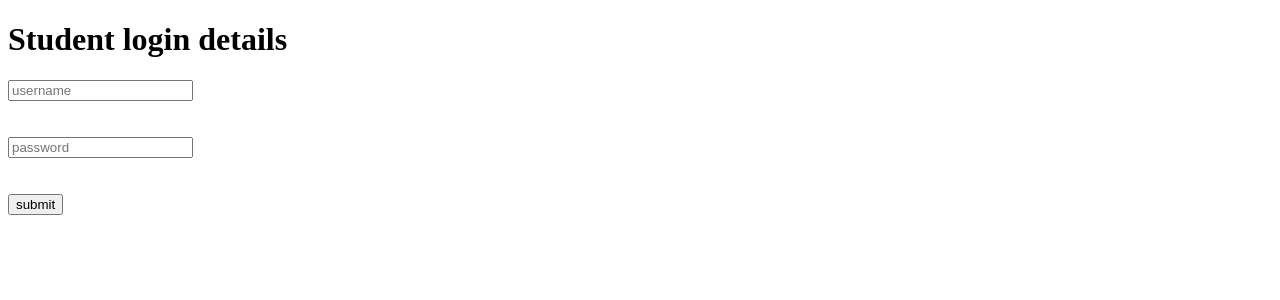
Repository: VIJAYkollu-7568/rakhi
Page: ServletProject/src/main/webapp/LOGINFORM.html
An editor plug-in stored every save of this project. The page is shown before and after the next save, followed by the edit.
The browser window is 1280 px wide. The pictures show the whole page.

Above is the page before, as saved 2024-11-04 04:02:24.

After the next save:
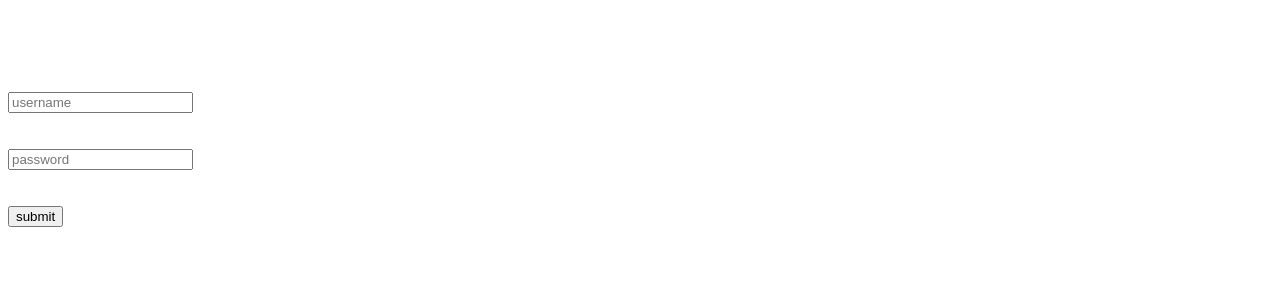
Saved 21 s later.
--- a/ServletProject/src/main/webapp/LOGINFORM.html
+++ b/ServletProject/src/main/webapp/LOGINFORM.html
@@ -6,7 +6,7 @@
 <title>student login</title>
 </head>
 <body>
-<h1>Student login details</h1>
+<marquee><h1>Student login details</h1></marquee>
 <form action="Login">
 
 <input type="text" placeholder="username" name="username" required><br>

After the save that followed:
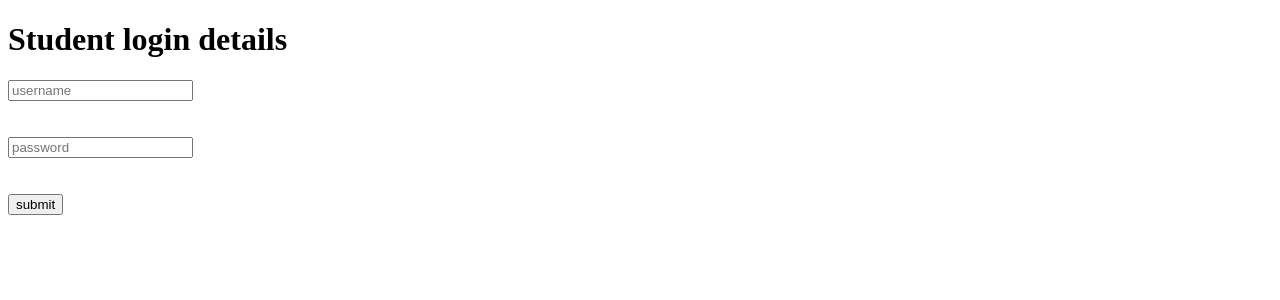
Saved 61 s later.
--- a/ServletProject/src/main/webapp/LOGINFORM.html
+++ b/ServletProject/src/main/webapp/LOGINFORM.html
@@ -6,7 +6,7 @@
 <title>student login</title>
 </head>
 <body>
-<marquee><h1>Student login details</h1></marquee>
+<h1>Student login details</h1>
 <form action="Login">
 
 <input type="text" placeholder="username" name="username" required><br>
